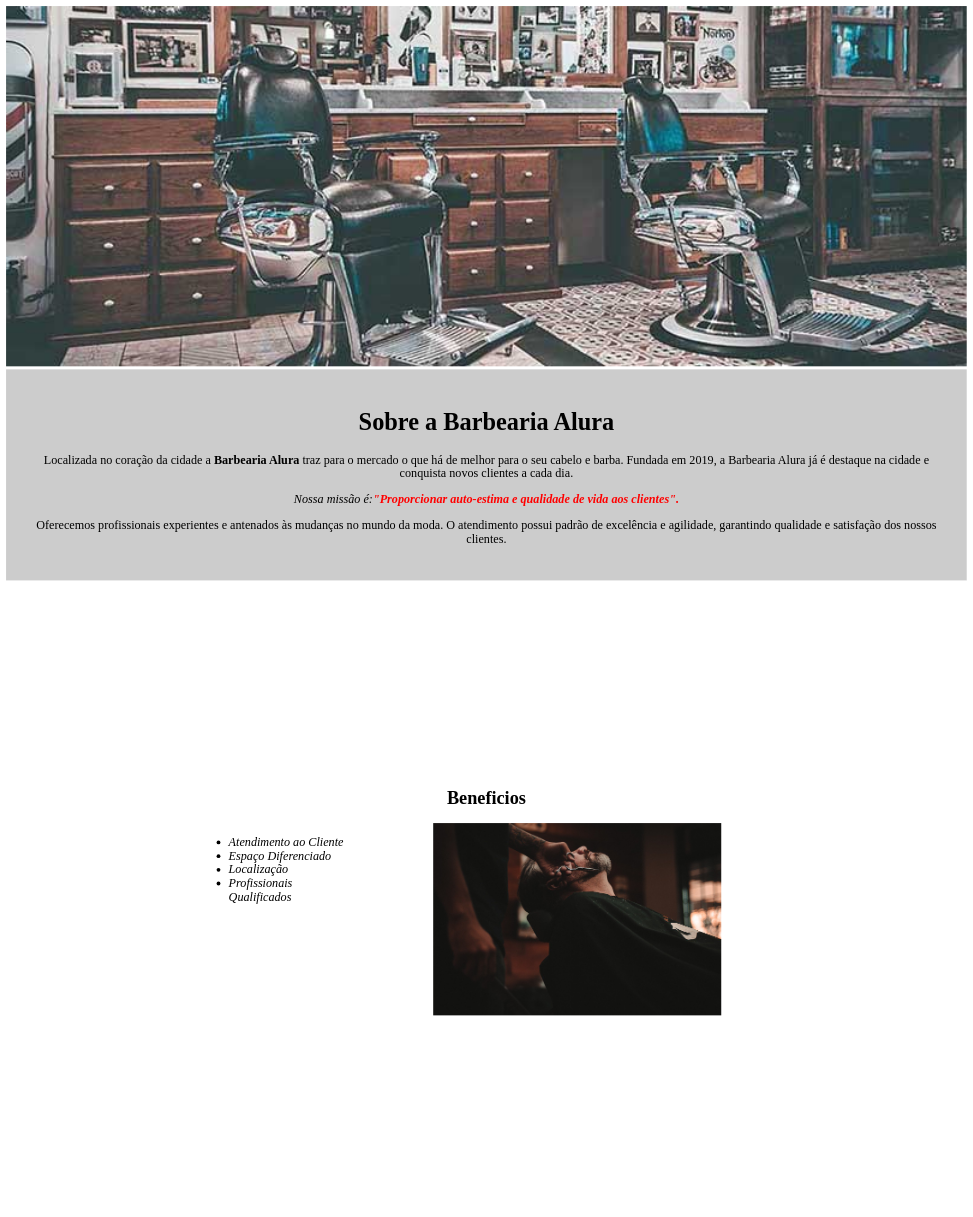
Repository: AnaBerlanda/AulaAlura
Page: index.html
These files come from the project's save history. The page is drawn as it stood at one moment and after the next save; the edit follows.
The browser window is 1280 px wide. The pictures show the whole page, at 76% of full size.

Above is the page before, as saved 2022-04-08 15:10:13.

After the next save:
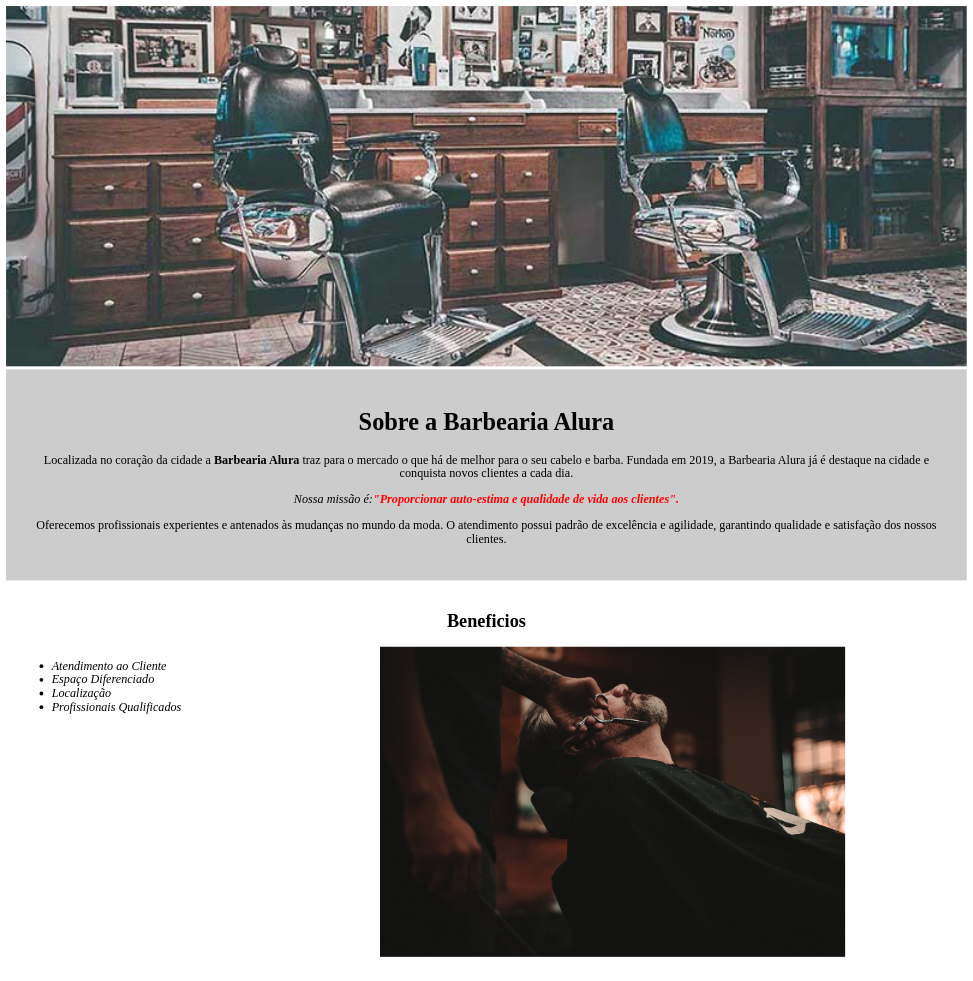
Saved 65 s later.
--- a/index.css
+++ b/index.css
@@ -21,7 +21,7 @@ h1{
 }
 .beneficios{
     background-color:#FFFFFF;
-    padding: 20%;
+    padding: 20px;
 
 }
 h2{
